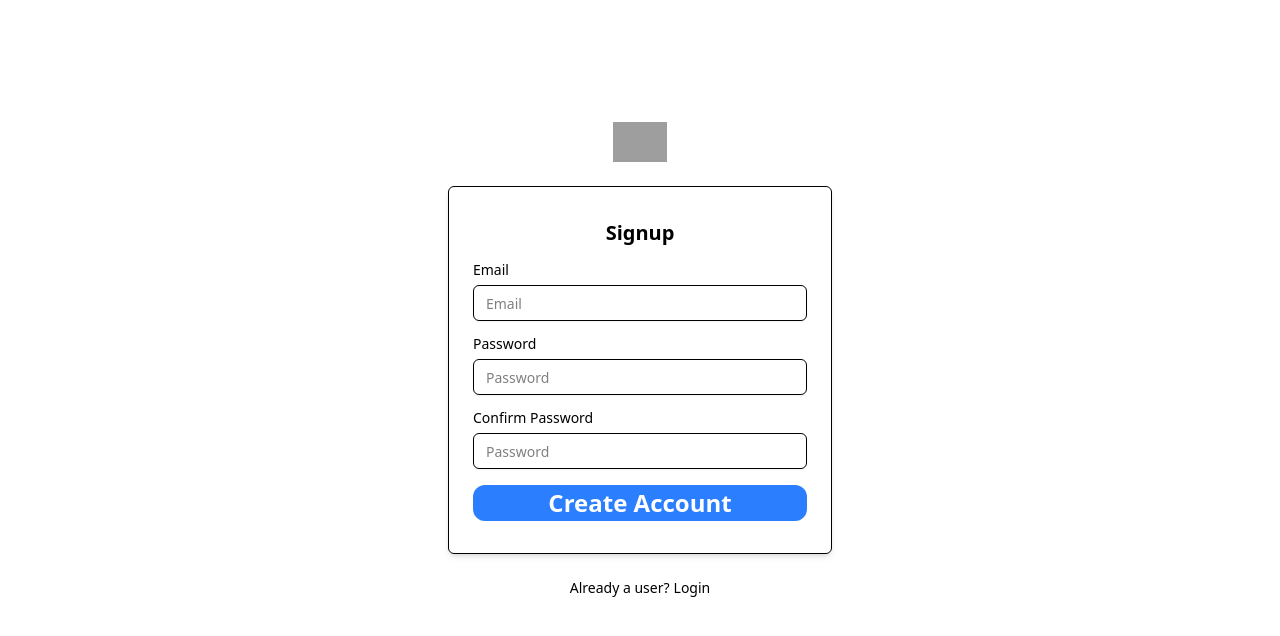
Repository: Syed-Mohsin-Ali786/frontend-expense-tracker
Page: /signup
An editor plug-in stored every save of this project. The page is shown before and after the next save, followed by the edit.
The browser window is 1280 px wide. The pictures show the whole page.
Pictures or frames that could not be fetched are drawn as grey boxes. The project was rebuilt for these pictures with package versions that can differ from the ones it lists, and the page was loaded fresh each time. Also part of the build but not shown: src/components/ui/dialog.tsx, src/components/AddExpenseDialog.tsx, src/pages/MainPage.tsx.

Above is the page before, as saved 2025-09-30 10:41:13.

### index.html
<!doctype html>
<html lang="en">
  <head>
    <meta charset="UTF-8" />
    <link rel="icon" type="image/svg+xml" href="/ExpenseTracker.png" />
    <meta name="viewport" content="width=device-width, initial-scale=1.0" />
    <title>Expense Tracker</title>
  </head>
  <body>
    <div id="root"></div>
    <script type="module" src="/src/main.tsx"></script>
  </body>
</html>

### src/main.tsx
import { StrictMode } from "react";
import { createRoot } from "react-dom/client";

import App from "./App.tsx";
import { BrowserRouter } from "react-router-dom";

createRoot(document.getElementById("root")!).render(
    <StrictMode>
  <BrowserRouter>
      <App />
  </BrowserRouter>
    </StrictMode>
);

### src/App.tsx
import { Route, Routes } from "react-router-dom";
import MainPage from "./pages/MainPage";
import "./App.css";
import SignUp from "./pages/SignUp";


function App() {
  return (
    <>
    <Routes>

      <Route path="/" element={<MainPage/>}/>
      <Route path="/signup" element={<SignUp/>}/>
    </Routes>
    </>
  );
}

export default App;

### src/pages/SignUp.tsx
import { Button } from "@/components/ui/button";
import { Input } from "@/components/ui/input";
import { Label } from "@/components/ui/label";

interface Signup2Props {
  heading?: string;
  logo?: {
    url: string;
    src: string;
    alt: string;
    title?: string;
  };
  buttonText?: string;
  googleText?: string;
  signupText?: string;
  signupUrl?: string;
}

const SignUp = ({
  heading = "Signup",
  logo = {
    url: "https://www.shadcnblocks.com",
    src: "https://deifkwefumgah.cloudfront.net/shadcnblocks/block/logos/shadcnblockscom-wordmark.svg",
    alt: "logo",
    title: "shadcnblocks.com",
  },
  buttonText = "Create Account",
  signupText = "Already a user?",
  signupUrl = "https://shadcnblocks.com",
}: Signup2Props) => {
  return (
    <section className="bg-muted h-screen">
      <div className="flex h-full items-center justify-center">
        <div className="flex flex-col items-center gap-6 lg:justify-start">
          {/* Logo */}
          <a href={logo.url}>
            <img
              src={logo.src}
              alt={logo.alt}
              title={logo.title}
              className="h-10 dark:invert"
            />
          </a>
          <div className="min-w-sm border-muted bg-background flex w-full max-w-sm flex-col items-center gap-y-4 rounded-md border px-6 py-8 shadow-md">
            {heading && <h1 className="text-xl font-semibold">{heading}</h1>}
            <div className="flex w-full flex-col gap-2">
              <Label>Email</Label>
              <Input
                type="email"
                placeholder="Email"
                className="text-sm"
                required
              />
            </div>
            <div className="flex w-full flex-col gap-2">
              <Label>Password</Label>
              <Input
                type="password"
                placeholder="Password"
                className="text-sm"
                required
              />
            </div>
            <div className="flex w-full flex-col gap-2">
              <Label>Confirm Password</Label>
              <Input
                type="password"
                placeholder="Password"
                className="text-sm"
                required
              />
            </div>
            <Button variant={"expense"} type="submit" className="w-full">
              {buttonText}
            </Button>
          </div>
          <div className="text-muted-foreground flex justify-center gap-1 text-sm">
            <p>{signupText}</p>
            <a
              href={signupUrl}
              className="text-primary font-medium hover:underline"
            >
              Login
            </a>
          </div>
        </div>
      </div>
    </section>
  );
};

export default SignUp;

### src/components/ui/button.tsx
import * as React from "react"
import { Slot } from "@radix-ui/react-slot"
import { cva, type VariantProps } from "class-variance-authority"

import { cn } from "@/lib/utils"

const buttonVariants = cva(
  "inline-flex items-center justify-center gap-2 whitespace-nowrap rounded-md text-sm font-medium transition-all disabled:pointer-events-none disabled:opacity-50 [&_svg]:pointer-events-none [&_svg:not([class*='size-'])]:size-4 shrink-0 [&_svg]:shrink-0 outline-none focus-visible:border-ring focus-visible:ring-ring/50 focus-visible:ring-[3px] aria-invalid:ring-destructive/20 dark:aria-invalid:ring-destructive/40 aria-invalid:border-destructive",
  {
    variants: {
      variant: {
        default: "bg-primary text-primary-foreground hover:bg-primary/90",
        destructive:
          "bg-destructive text-white hover:bg-destructive/90 focus-visible:ring-destructive/20 dark:focus-visible:ring-destructive/40 dark:bg-destructive/60",
        outline:
          "border bg-background shadow-xs hover:bg-accent hover:text-accent-foreground dark:bg-input/30 dark:border-input dark:hover:bg-input/50",
        secondary:
          "bg-secondary text-secondary-foreground hover:bg-secondary/80",
        ghost:
          "hover:bg-accent hover:text-accent-foreground dark:hover:bg-accent/50",
        link: "text-primary underline-offset-4 hover:underline",
        expense:"cursor-pointer hover:bg-blue-600 bg-blue-500  md:px-6 lg:px-8 rounded-[12px] font-semibold text-[#ffff] text-2xl"
      },
      size: {
        default: "h-9 px-4 py-2 has-[>svg]:px-3",
        sm: "h-8 rounded-md gap-1.5 px-3 has-[>svg]:px-2.5",
        lg: "h-10 rounded-md px-6 has-[>svg]:px-4",
        icon: "size-9",
      },
    },
    defaultVariants: {
      variant: "default",
      size: "default",
    },
  }
)

function Button({
  className,
  variant,
  size,
  asChild = false,
  ...props
}: React.ComponentProps<"button"> &
  VariantProps<typeof buttonVariants> & {
    asChild?: boolean
  }) {
  const Comp = asChild ? Slot : "button"

  return (
    <Comp
      data-slot="button"
      className={cn(buttonVariants({ variant, size, className }))}
      {...props}
    />
  )
}

export { Button }

### src/components/ui/input.tsx
import * as React from "react"

import { cn } from "@/lib/utils"

function Input({ className, type, ...props }: React.ComponentProps<"input">) {
  return (
    <input
      type={type}
      data-slot="input"
      className={cn(
        "file:text-foreground placeholder:text-muted-foreground selection:bg-primary selection:text-primary-foreground dark:bg-input/30 border-input h-9 w-full min-w-0 rounded-md border bg-transparent px-3 py-1 text-base shadow-xs transition-[color,box-shadow] outline-none file:inline-flex file:h-7 file:border-0 file:bg-transparent file:text-sm file:font-medium disabled:pointer-events-none disabled:cursor-not-allowed disabled:opacity-50 md:text-sm",
        "focus-visible:border-ring focus-visible:ring-ring/50 focus-visible:ring-[3px]",
        "aria-invalid:ring-destructive/20 dark:aria-invalid:ring-destructive/40 aria-invalid:border-destructive",
        className
      )}
      {...props}
    />
  )
}

export { Input }

Loaded but not shown: src/App.css (common file); src/components/ui/label.tsx (common file); src/lib/utils.ts (common file)

After the next save:
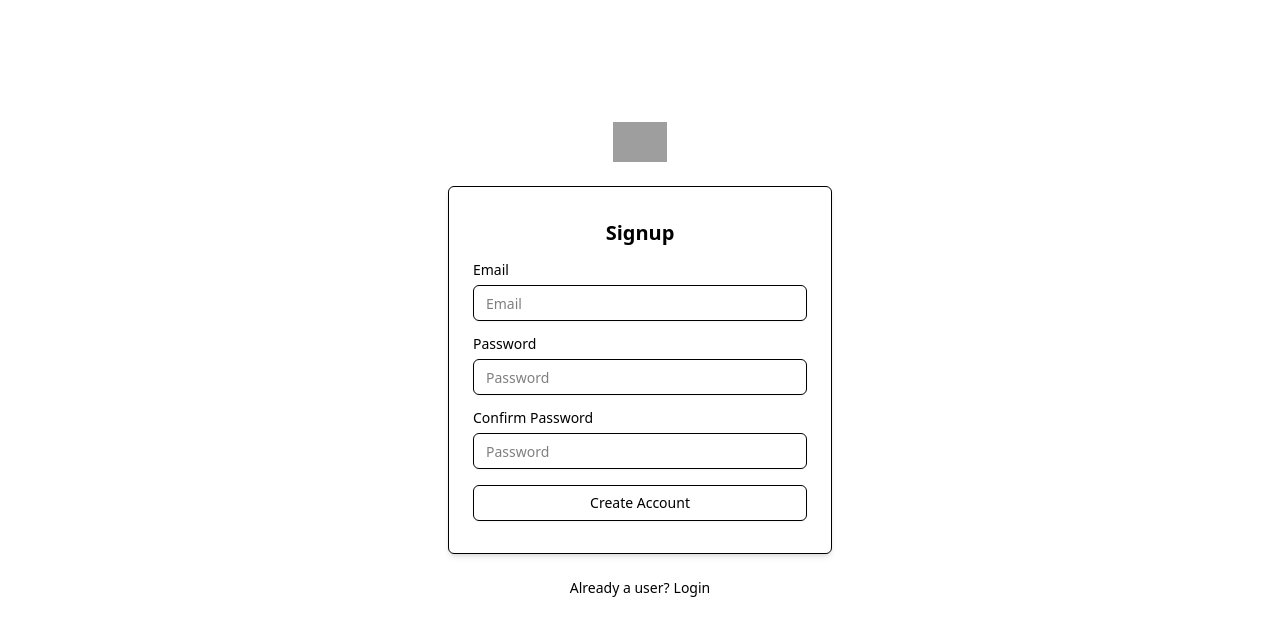
Saved 19 s later.
--- a/src/pages/SignUp.tsx
+++ b/src/pages/SignUp.tsx
@@ -70,7 +70,7 @@ const SignUp = ({
                 required
               />
             </div>
-            <Button variant={"expense"} type="submit" className="w-full">
+            <Button variant={"outline"} type="submit" className="w-full">
               {buttonText}
             </Button>
           </div>
